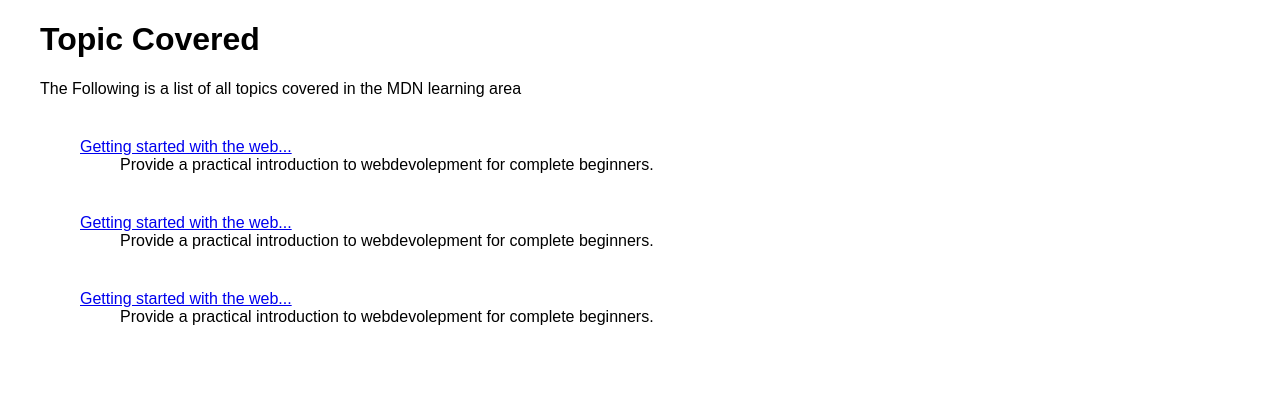
Repository: sriram1224/ReactProjects.github.io
Page: Assignments/Assignment1/index.html
These files come from the project's save history. The page is drawn as it stood at one moment and after the next save; the edit follows.
The browser window is 1280 px wide. The pictures show the whole page.

Above is the page before, as saved 2024-03-01 10:07:20.

### Assignments/Assignment1/index.html
<!DOCTYPE html>
<html>
<head>
  <script src="https://unpkg.com/react@18/umd/react.development.js"></script>
  <script src="https://unpkg.com/react-dom@18/umd/react-dom.development.js"></script>
  <style>
    body{
      margin-left: 40px;
      font-family: Arial, sans-serif;

    }
    #para{
      margin-bottom: 40px;
      list-style: none;
    }


  </style>
</head>

<body>

  <div id="root"></div>

  <script>

    const TopicHeader = () =>
    React.createElement(
      'div',
      null,
      [
      React.createElement(
        'h1',
        {id: 'title'},
        'Topic Covered'
      ),
      React.createElement(
      'p',
      {id: 'para'},
      'The Following is a list of all topics covered in the MDN learning area'),

      ]);

    const TopicDescription = () => React.createElement(
      'div',
      null,
      [
      React.createElement('ul', {id: 'div'},[
      React.createElement('a', {href: 'http://example.com'}, 'Getting started with the web...'),
      React.createElement('ul', {}, [
        React.createElement('li', {id: 'para'}, 'Provide a practical introduction to webdevolepment for complete beginners.'),

      ]),
      React.createElement('a', {href: 'http://example.com'}, 'Getting started with the web...'),
      React.createElement('ul', {}, [
        React.createElement('li', {id: 'para'}, 'Provide a practical introduction to webdevolepment for complete beginners.'),

      ]),
      React.createElement('a', {href: 'http://example.com'}, 'Getting started with the web...'),
      React.createElement('ul', {}, [
        React.createElement('li', {id: 'para'}, 'Provide a practical introduction to webdevolepment for complete beginners.'),

      ]),
      ]),
      React.createElement('p', {}, ''),]);

    const TopicList = () => React.createElement(
      'div',
      null,
      [




      ]
    );

    ReactDOM.render(
      React.createElement(
        'div',
        null,
        [
          React.createElement(TopicHeader),
          React.createElement(TopicDescription),
          React.createElement(TopicList)
        ]
      ),
      document.getElementById('root')
    );

  </script>

</body>
</html>

After the next save:
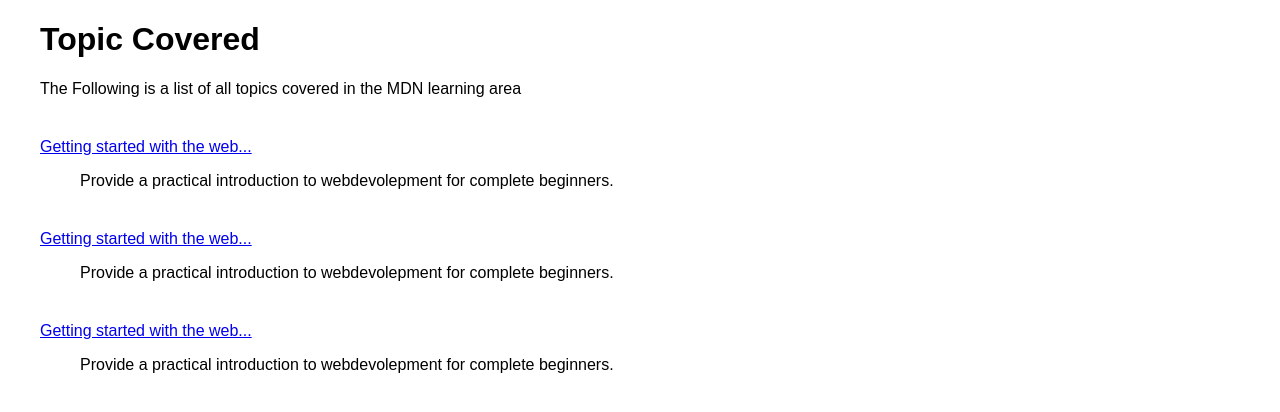
Saved 36 s later.
--- a/Assignments/Assignment1/index.html
+++ b/Assignments/Assignment1/index.html
@@ -45,7 +45,7 @@
       'div',
       null,
       [
-      React.createElement('ul', {id: 'div'},[
+      React.createElement('div', {id: 'div'},[
       React.createElement('a', {href: 'http://example.com'}, 'Getting started with the web...'),
       React.createElement('ul', {}, [
         React.createElement('li', {id: 'para'}, 'Provide a practical introduction to webdevolepment for complete beginners.'),
